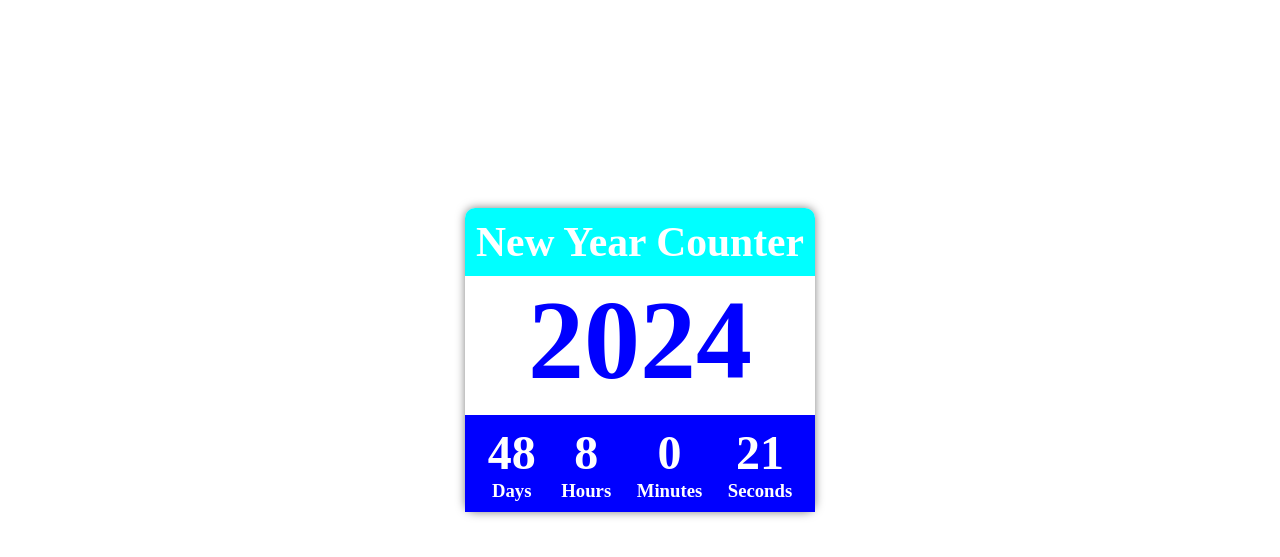
Repository: JunaidAnsari202/New-Year-counter
Page: index.html
The author's editor kept a copy of each file at every save. The page is drawn from the files as they stood at one save, then again after a run of saves.
The browser window is 1280 px wide. The pictures show the whole page.

Above is the page before, as saved 2024-11-13 16:10:43.

After the next 5 saves:
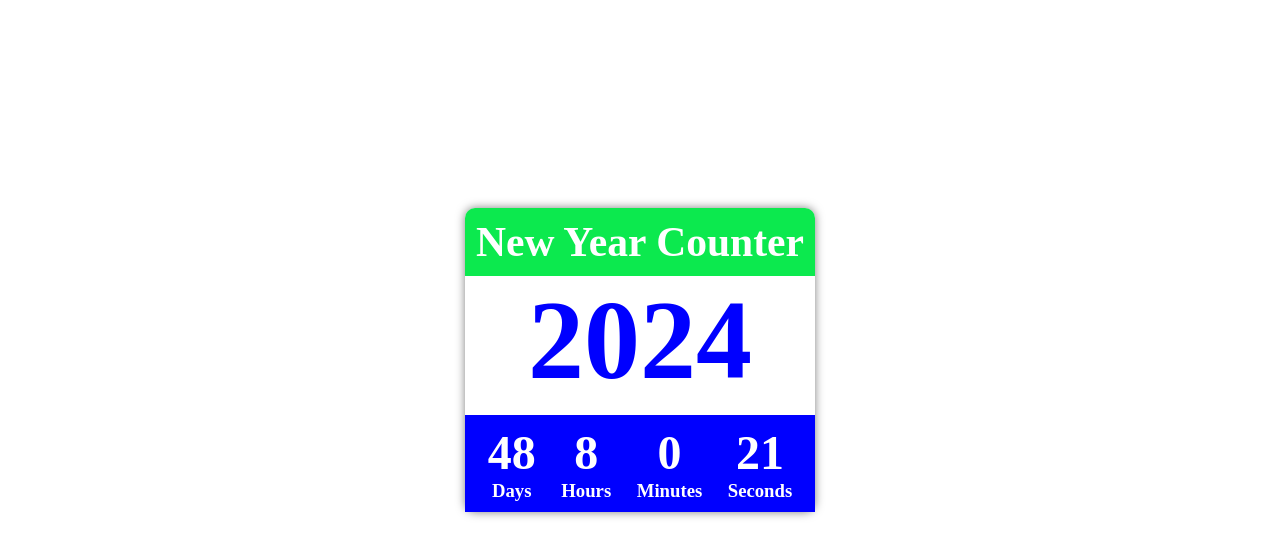
The 5 saves are shown as one change because they came seconds apart.
The last was saved 10 s later.
--- a/style.css
+++ b/style.css
@@ -21,7 +21,7 @@ body{
 }
 
 .header{
-    background-color:aqua;
+    background-color:rgb(12, 233, 78);
     padding: 10px;
     border-top-left-radius: 10px;
     border-top-right-radius: 10px;
